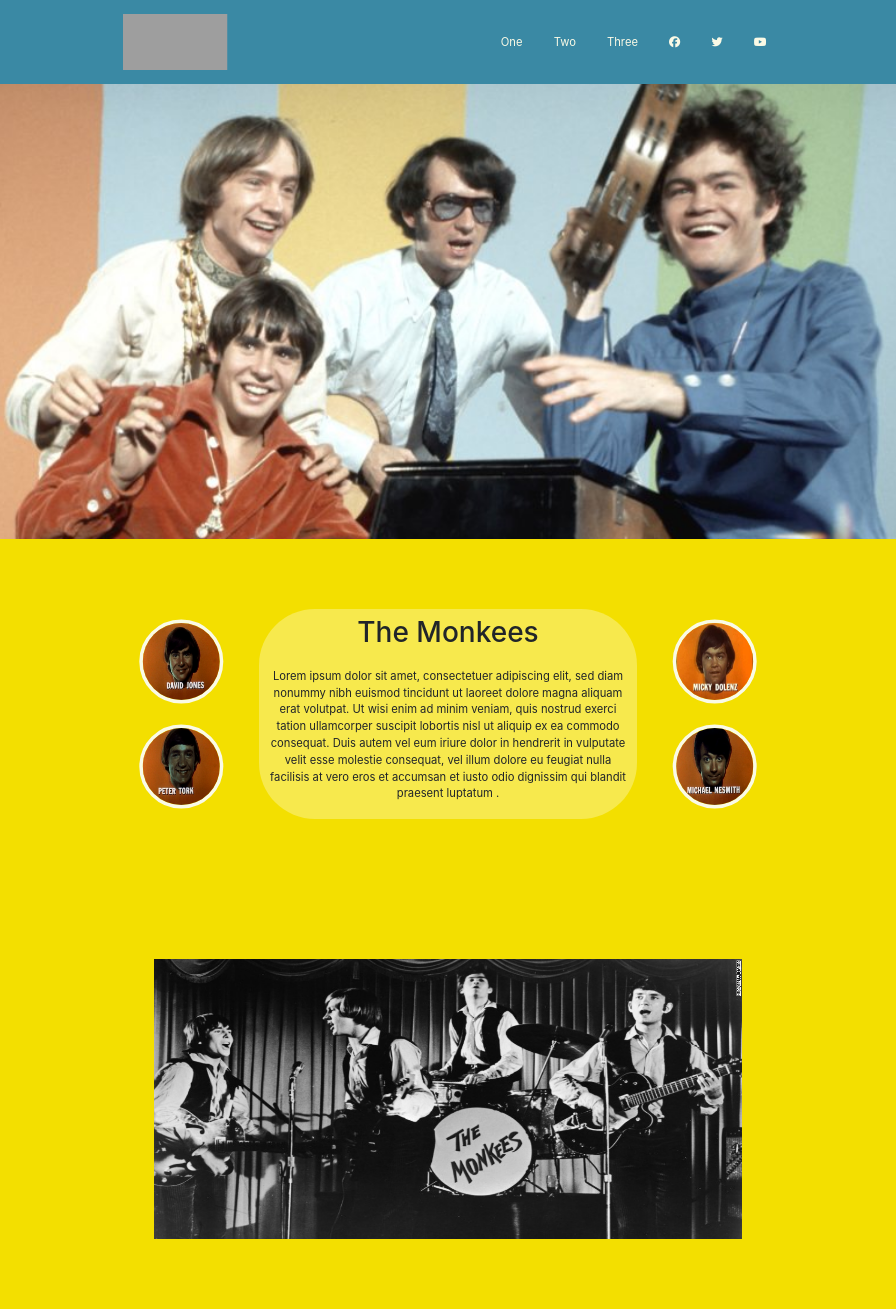
Repository: stu1612/Milestone-Project-Stu-Bolderson
Page: mock-header/mh.html
The author's editor kept a record of every edit. The page is drawn from the files as they stood at one moment, then again after the next edit.
The browser window is 1280 px wide. The pictures show the whole page, at 70% of full size.
Pictures or frames that could not be fetched are drawn as grey boxes. Some web libraries are served in a nearby version.

Above is the page before.

### mock-header/mh.html
<!DOCTYPE html>
<html lang="en">

<head>
    <meta charset="UTF-8">
    <meta name="viewport" content="width=device-width, initial-scale=1.0">
    <meta http-equiv="X-UA-Compatible" content="ie=edge">
    <link rel="stylesheet" href="https://maxcdn.bootstrapcdn.com/bootstrap/4.3.1/css/bootstrap.min.css" type="text/css" />
    <link rel="stylesheet" href="https://maxcdn.bootstrapcdn.com/font-awesome/4.7.0/css/font-awesome.min.css" type="text/css" />
    <link rel="stylesheet" href="https://cdnjs.cloudflare.com/ajax/libs/hover.css/2.1.1/css/hover-min.css" type="text/css" />
    <script src="https://kit.fontawesome.com/67768a2f6d.js"></script>
    <link rel="stylesheet" href="mhs.css" type="text/css" />
    <title>The Monkees | Official Fans Site</title>
</head>

<body>


    <!-- ****************** Navigation ************************ -->

    <div class="header">
        <img src="../assets/images/monkees-logo.png" class="logo-img"></img>
        <nav class="desktop-nav">
            <ul>
                <li><a href="#">One</a></li>
                <li><a href="#">Two</a></li>
                <li><a href="#">Three</a></li>
                <li><a href="#"><i class="fab fa-facebook"></i></a></li>
                <li><a href="#"><i class="fab fa-twitter"></i></a></li>
                <li><a href="#"><i class="fab fa-youtube"></i></a></li>
            </ul>
        </nav>
        <div class="dropdown-nav">
          <button class="dropbtn-nav"><i class="fas fa-chevron-down"></i></button>
          <div class="dropdown-content-nav">
            <a href="#">Link 1</a>
            <a href="#">Link 2</a>
            <a href="#">Link 3</a>
          </div>
        </div>
    </div>


    <!-- *************************************** image banner ********************** -->
    <main>
        <section>
            <div class="banner-image" class="img-responsive"></div>
        </section>

        <section class="about">

            <div class="background about">
                <div class="container box-side left">
                    <img src="../assets/images/Jones.jpg"></img>
                    <img src="../assets/images/Tork.jpg"></img>
                </div>
                <div class="container box-center">
                    <h1>The Monkees</h1>
                        <p>Lorem ipsum dolor sit amet, consectetuer adipiscing elit,
                        sed diam nonummy nibh euismod tincidunt ut laoreet dolore
                        magna aliquam erat volutpat. Ut wisi enim ad minim veniam,
                        quis nostrud exerci tation ullamcorper suscipit lobortis nisl
                        ut aliquip ex ea commodo consequat. Duis autem vel eum iriure
                        dolor in hendrerit in vulputate velit esse molestie consequat,
                        vel illum dolore eu feugiat nulla facilisis at vero eros et
                        accumsan et iusto odio dignissim qui blandit praesent luptatum
                        .</p>
                </div>
                <div class="container box-side right">
                    <img src="../assets/images/mickey.jpg"></img>
                    <img src="../assets/images/Nesmith.jpg"></img>
                </div>

            <!-- end of div -->
            </div>
            <div class="background about">
                <div class="container image-box">
                    <img src="../assets/images/monkees.jpg">
                </div>

            </div>
        </section>

    </main>

    <script src="https://ajax.googleapis.com/ajax/libs/jquery/3.4.0/jquery.min.js"></script>
    <script src="https://cdnjs.cloudflare.com/ajax/libs/popper.js/1.14.7/umd/popper.min.js"></script>
    <script src="https://maxcdn.bootstrapcdn.com/bootstrap/4.3.1/js/bootstrap.min.js"></script>
</body>

</html>

### mock-header/mhs.css
/* Color styling schemes

blue - #3a89a4
yellow - #f3df00
white - #fafae6
orange - #e39134
light red - #d92b39
red - #d72235
red/orange - #bb3928

*/

/*------------------------------- Universal ----------------------------------*/




/*---------------------------------- NAVBAR ----------------------------------*/

.logo-img {
    width:150px;
    height:80px;
    margin:20px;
    cursor:pointer;
}

.header {
    display: flex;
    justify-content: space-around;
    background-color: #3a89a4;
    position: fixed;
    top: 0;
    width: 100%;
    overflow: hidden;
    z-index: 1;
}

nav {
    margin:auto 0;
    padding-left:10px;
}

nav ul li {
    display:inline-block;
    margin: 15px 20px 0 0;
    align-items:center;
    padding:10px;
    cursor:pointer;
}

nav ul li a {
    color:#fafae6;
    text-decoration:none!important;
}

nav ul li a:hover {
    color:#f3df00;
}


/*------------- Navbar section - mobile resolution -----------*/

.dropbtn-nav {
    background-color: #3a89a4;
    color: #fafae6;
    padding: 16px;
    font-size: 16px;
    border: none;
    cursor: pointer;
}

.dropdown-nav {
    position: relative;
    display: inline-block;
    margin: auto;
}

.dropdown-content-nav {
    display: none;
    background-color: #3a89a4;
    width:auto;
    z-index: 1;
}

.dropdown-content-nav a {
    color: #fafae6;
    padding: 12px 16px;
    text-decoration: none;
    display: block;
}

.dropdown-content-nav a:hover {
    color:#f3df00;
}

.dropdown-nav:hover .dropdown-content-nav {
    display: block;
}

.dropdown-nav:hover .dropbtn-nav {
    background-color: #3a89a4;
}

/*------------------------------ main banner image -------------*/

.banner-image {
    background-image: url("../assets/images/cover4.jpg");
    background-size:cover;
    background-position: center;
    background-repeat: no-repeat;
    margin-top:120px;
    max-width:100%;
    height:650px;
}

/*------------------------------ about the monkees-------------*/

/*----- top section-----------*/

.background.about {
    display:flex;
    background-color: #f3df00;
    background-size:cover;
    width:100%;
    height:auto;
    padding:100px;
}

.box-side {
    display: flex;
    flex-direction: column;
    height: 300px;
    width: 20%;
    justify-content: space-around;
}

.left {
    align-items:flex-end;
}

.right {
    align-items:flex-start;
}

.box-side img {
    height:120px;
    width:120px;
    border-radius:50%;
    border:5px solid #fafae6;
}

.box-center {
    display:flex;
    flex-direction:column;
    height:300px;
    width:50%;
    text-align:center;
    justify-content: space-around;
    background-color: rgba(255, 255, 255, 0.3);
    border-radius:5rem;
}


/*------------------- bottom section (band images) -------------*/

.image-box img {
    display:block;
    height:400px;
    width:80%;
    margin:0 auto;
}

/*------------------------------- Media Queries --------------------*/

@media screen and (max-width: 1024px) {
    .image {
        height:550px;
    }
}

@media screen and (max-width:768px) {
    .image {
        height:450px;
    }
    .background.about {
        display:flex;
        flex-direction:column;
        height:auto;
        padding:40px 10px;
    }
    .box-side {
        display:none;
    }
    .box-center {
        width:100%;
        height:auto
    }
}


@media screen and (min-width:681px) {
    .dropdown-nav {
        display:none;
    }
}

@media screen and (max-width:680px) {
    .header {
        justify-content:center;
        display:grid;
    }

    .image-main {
        margin-top:170px;
    }

    .desktop-nav {
        display:none;
    }
}

@media screen and (max-width:500px) {
    .image {
        height:250px;
        margin-top:160px;
    }
}

After the next edit:
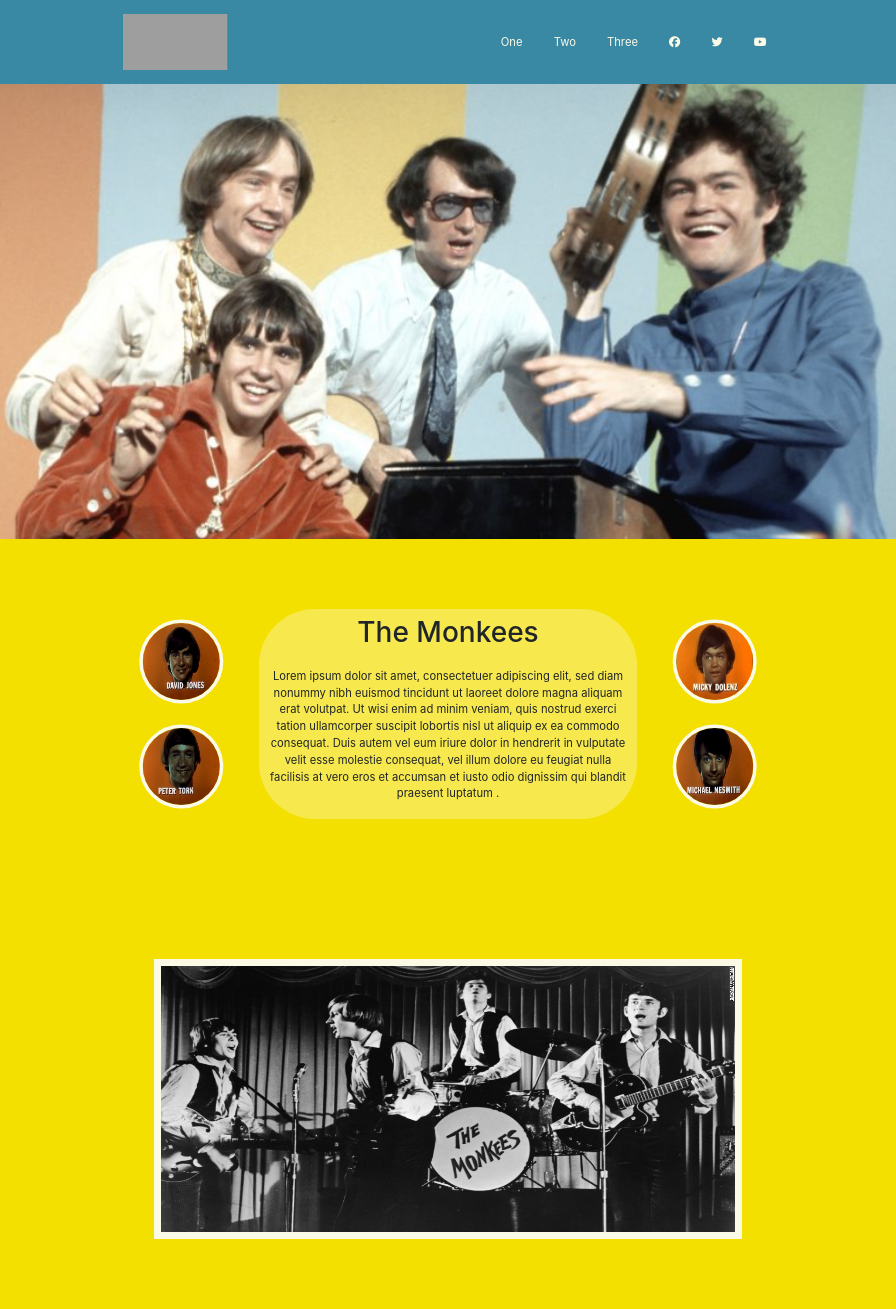
The edit:
--- a/mock-header/mhs.css
+++ b/mock-header/mhs.css
@@ -168,6 +168,7 @@
     height:400px;
     width:80%;
     margin:0 auto;
+    border:10px solid #fafae6;
 }
 
 /*------------------------------- Media Queries --------------------*/
